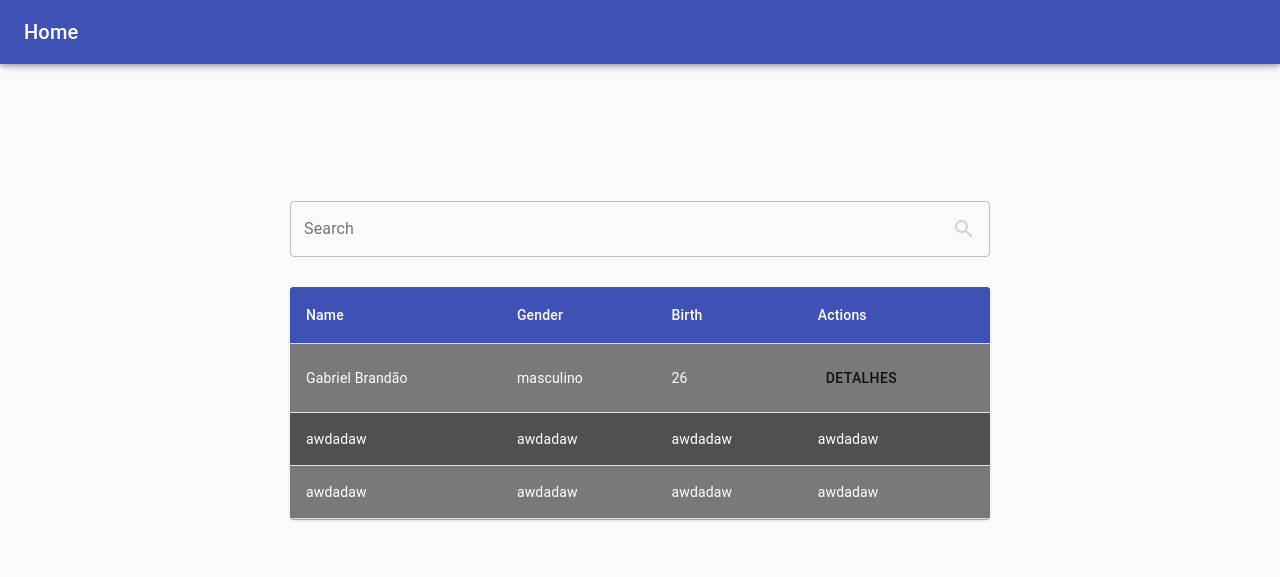
Repository: GabrielBrandaoProjetos/patient-manager
Page: /
The author's editor kept a copy of each file at every save. The page is drawn from the files as they stood at one save, then again after the next save.
The browser window is 1280 px wide. The pictures show the whole page.
The project was rebuilt for these pictures with package versions that can differ from the ones it lists, and the page was loaded fresh each time.

Above is the page before, as saved 2021-09-14 14:13:26.

### public/index.html
<!DOCTYPE html>
<html lang="en">
  <head>
    <meta charset="utf-8" />
    <meta name="viewport" content="minimum-scale=1, width=device-width, initial-scale=1" />
    <meta name="theme-color" content="#000000" />

    <title>React App</title>
  </head>
  <body>
    <noscript>You need to enable JavaScript to run this app.</noscript>
    <div id="root"></div>
  </body>
</html>

### src/App.tsx
import React from 'react';
import { CssBaseline } from '@material-ui/core';
import { Home } from './pages/Home/Home';


function App() {
  return (
    <>
    <CssBaseline />
    <Home />
    </>
  );
}

export default App;

### src/pages/Home/Home.tsx
import React from 'react';
import { AppBar, Button, FormControl, InputAdornment, InputLabel, OutlinedInput, Paper, Table, TableBody, TableCell, TableContainer, TableHead, TableRow, Toolbar, Typography } from '@material-ui/core';
import {Search} from '@material-ui/icons'
import { createStyles, makeStyles, Theme } from '@material-ui/core/styles';

const useStyles = makeStyles((theme: Theme) =>
  createStyles({
    root: {
      width: '100vw',
      height: '100vh',
      display: 'flex',
      flexDirection: 'column',
      alignItems: 'center',
      justifyContent: 'center',
    },
    title: {
      flexGrow: 1,
    },
    form: {
      maxWidth: 700,
      width: "100%",
    },
    outlinedInput: {

    },
    search: {
      color: "#d2d2d2",
    },
    tableContainer: {
      maxWidth: 700,
      width: "100%",

      marginTop: 30,
      backgroundColor: "#4f5052",
    },
    table: {

    },
    row: {
      color: "white",
      background: "#3f51b5"
    },
    rowBody: {
      '&:nth-of-type(odd)': {
        backgroundColor: "#78797a",
      }
    },
    cell: {
      color: "white",
      //borderRight: "1px solid #928f8f"
    },
  }),
);

export const Home = () => {
  const classes = useStyles();
  return(
    <div className={classes.root}>
      <AppBar>
        <Toolbar>
          <Typography variant="h6" className={classes.title}>
            Home
          </Typography>
        </Toolbar>
      </AppBar>

      <FormControl className={classes.form} variant="outlined">
        <InputLabel htmlFor="outlined-adornment-search">Search</InputLabel>
        <OutlinedInput
          classes={{root: classes.outlinedInput}}
          id="outlined-adornment-search"
          type="search"
          // value={values.password}
          // onChange={handleChange('password')}
          endAdornment={
            <InputAdornment position="end">
              <Search className={classes.search}/>
            </InputAdornment>
          }
          labelWidth={70}
        />
      </FormControl>

      <TableContainer component={Paper} className={classes.tableContainer}>
        <Table className={classes.table} aria-label="simple table">
          <TableHead>
            <TableRow className={classes.row}>
              <TableCell className={classes.cell}>Name</TableCell>
              <TableCell className={classes.cell}>Gender</TableCell>
              <TableCell className={classes.cell}>Birth</TableCell>
              <TableCell className={classes.cell}>Actions</TableCell>
            </TableRow>
          </TableHead>

          <TableBody>
            <TableRow className={classes.rowBody}>
              <TableCell component="th" className={classes.cell}>Gabriel Brandão</TableCell>
              <TableCell className={classes.cell}>masculino</TableCell>
              <TableCell className={classes.cell}>26</TableCell>
              <TableCell className={classes.cell}>
                <Button>Detalhes</Button>
              </TableCell>
            </TableRow>
            <TableRow className={classes.rowBody}>
              <TableCell className={classes.cell}>awdadaw</TableCell>
              <TableCell className={classes.cell}>awdadaw</TableCell>
              <TableCell className={classes.cell}>awdadaw</TableCell>
              <TableCell className={classes.cell}>awdadaw</TableCell>
            </TableRow>
            <TableRow className={classes.rowBody}>
              <TableCell className={classes.cell}>awdadaw</TableCell>
              <TableCell className={classes.cell}>awdadaw</TableCell>
              <TableCell className={classes.cell}>awdadaw</TableCell>
              <TableCell className={classes.cell}>awdadaw</TableCell>
            </TableRow>
          </TableBody>
        </Table>

      </TableContainer>
    </div>
  )
}

Loaded but not shown: src/index.tsx (common file); src/reportWebVitals.ts (common file)

After the next save:
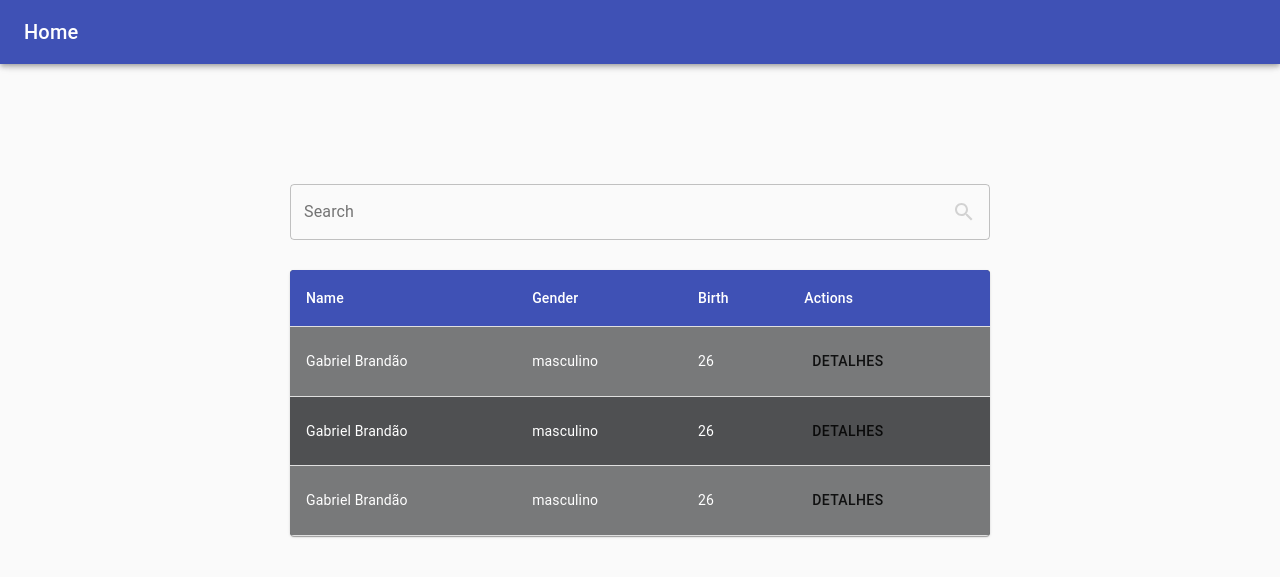
Saved 4 min 26 s later.
--- a/src/pages/Home/Home.tsx
+++ b/src/pages/Home/Home.tsx
@@ -102,16 +102,20 @@ export const Home = () => {
               </TableCell>
             </TableRow>
             <TableRow className={classes.rowBody}>
-              <TableCell className={classes.cell}>awdadaw</TableCell>
-              <TableCell className={classes.cell}>awdadaw</TableCell>
-              <TableCell className={classes.cell}>awdadaw</TableCell>
-              <TableCell className={classes.cell}>awdadaw</TableCell>
+              <TableCell component="th" className={classes.cell}>Gabriel Brandão</TableCell>
+              <TableCell className={classes.cell}>masculino</TableCell>
+              <TableCell className={classes.cell}>26</TableCell>
+              <TableCell className={classes.cell}>
+                <Button>Detalhes</Button>
+              </TableCell>
             </TableRow>
             <TableRow className={classes.rowBody}>
-              <TableCell className={classes.cell}>awdadaw</TableCell>
-              <TableCell className={classes.cell}>awdadaw</TableCell>
-              <TableCell className={classes.cell}>awdadaw</TableCell>
-              <TableCell className={classes.cell}>awdadaw</TableCell>
+              <TableCell component="th" className={classes.cell}>Gabriel Brandão</TableCell>
+              <TableCell className={classes.cell}>masculino</TableCell>
+              <TableCell className={classes.cell}>26</TableCell>
+              <TableCell className={classes.cell}>
+                <Button>Detalhes</Button>
+              </TableCell>
             </TableRow>
           </TableBody>
         </Table>
